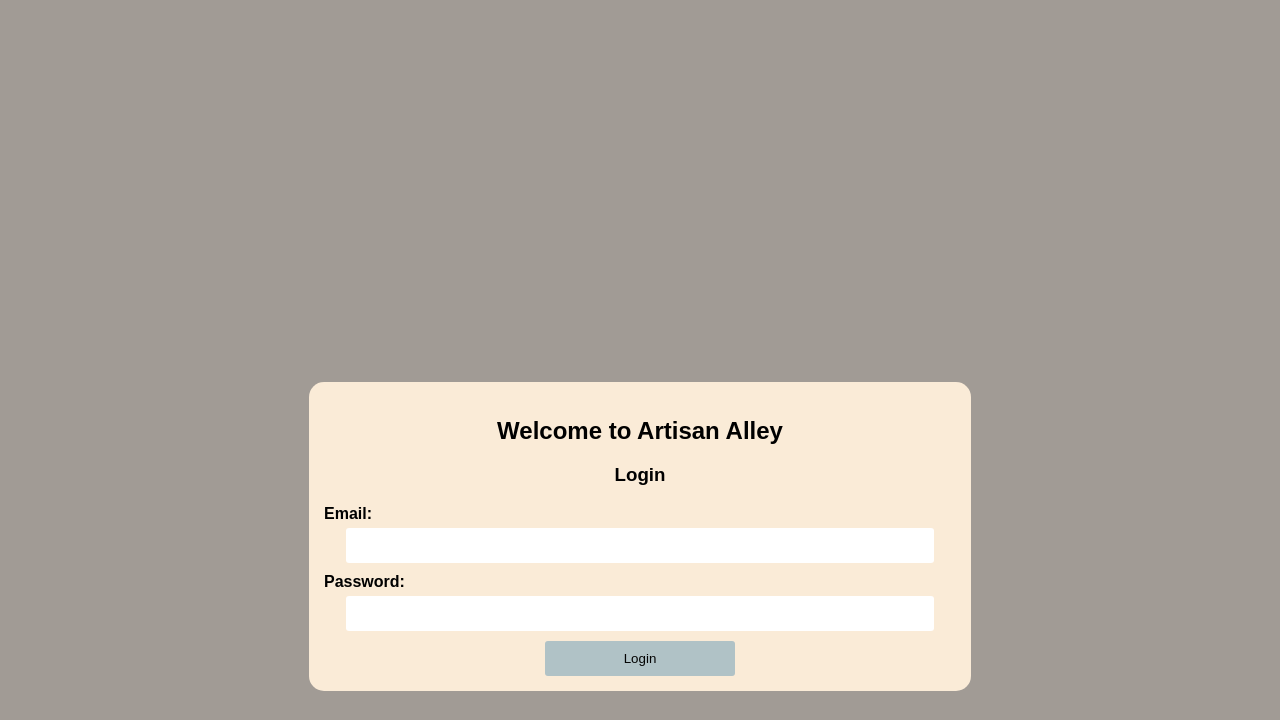
Repository: RingkhangBTY/Bytehacks_Hackathon_Project
Page: login/login.html
The author's editor kept a copy of each file at every save. The page is drawn from the files as they stood at one save, then again after a run of saves.
The browser window is 1280 px wide. The pictures show the whole page.

Above is the page before, as saved 2024-11-27 10:14:16.

### login/login.html
<!DOCTYPE html>
<html lang="en">
<head>
    <meta charset="UTF-8">
    <meta name="viewport" content="width=device-width, initial-scale=1.0">
    <title>Login page</title>
    <link rel="stylesheet" href="login-style.css">
</head>
<body>
    <div class="login-container">
        <h2>Welcome to Artisan Alley</h2>
        <form id="Login from">
            <h3>Login</h3>
            <label for="email">Email:</label>
            <input type="email" id="email" name="Email" required>

            <label for="password">Password:</label>
            <input type="password" id="password" name="Password" required>

            <button type="submit">Login</button>
        </form>
    </div>
</body>
</html>

### login/login-style.css
body{
    font-family: Arial, Helvetica, sans-serif;
    background-color: rgb(161, 155, 149);
    display: flex;
    justify-content: center;
    align-items: center;
    height: auto;
    margin-top: 15%;
}
.login-container{
    background-color: antiquewhite;
    border-radius: 15px;
    padding: 15px;
    width: 50%;
    text-align: center;
    margin-top: 15%
}
login-container h2{
    font-size: 1.4rem;
}
.h3{
    font-size: medium;
    margin-bottom: 20px;
}
label{
    display: block;
    text-align: left;
    margin-bottom: 5px;
    font-weight: bold;
}

input{
    width: 90%;
    padding: 10px;
    margin-bottom: 10px;
    border: 1px snow;
    border-radius: 3px;
}

button{
    width: 30%;
    padding: 10px;
    background-color: rgb(176, 194, 198);
    color: rgb(4, 4, 4);
    border: none;
    border-radius: 3px;
    cursor: pointer;
}

.login-container:hover{
    transform: translateY(-5px);
    box-shadow: 0 7px rgba(0,0, 0, 0.2);
}

After the next 3 saves:
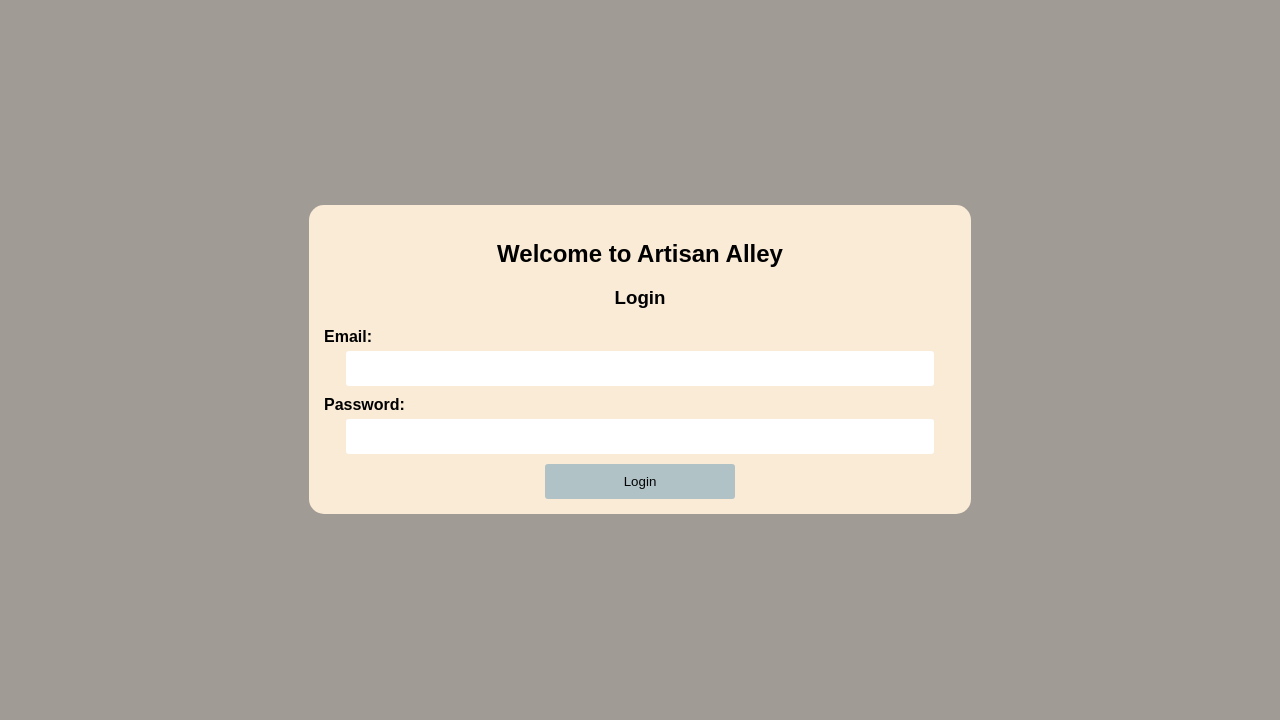
The 3 saves are shown as one change because they came seconds apart.
The last was saved 10 s later.
--- a/login/login-style.css
+++ b/login/login-style.css
@@ -5,7 +5,7 @@
     justify-content: center;
     align-items: center;
     height: auto;
-    margin-top: 15%;
+    margin-top: 15px;
 }
 .login-container{
     background-color: antiquewhite;
